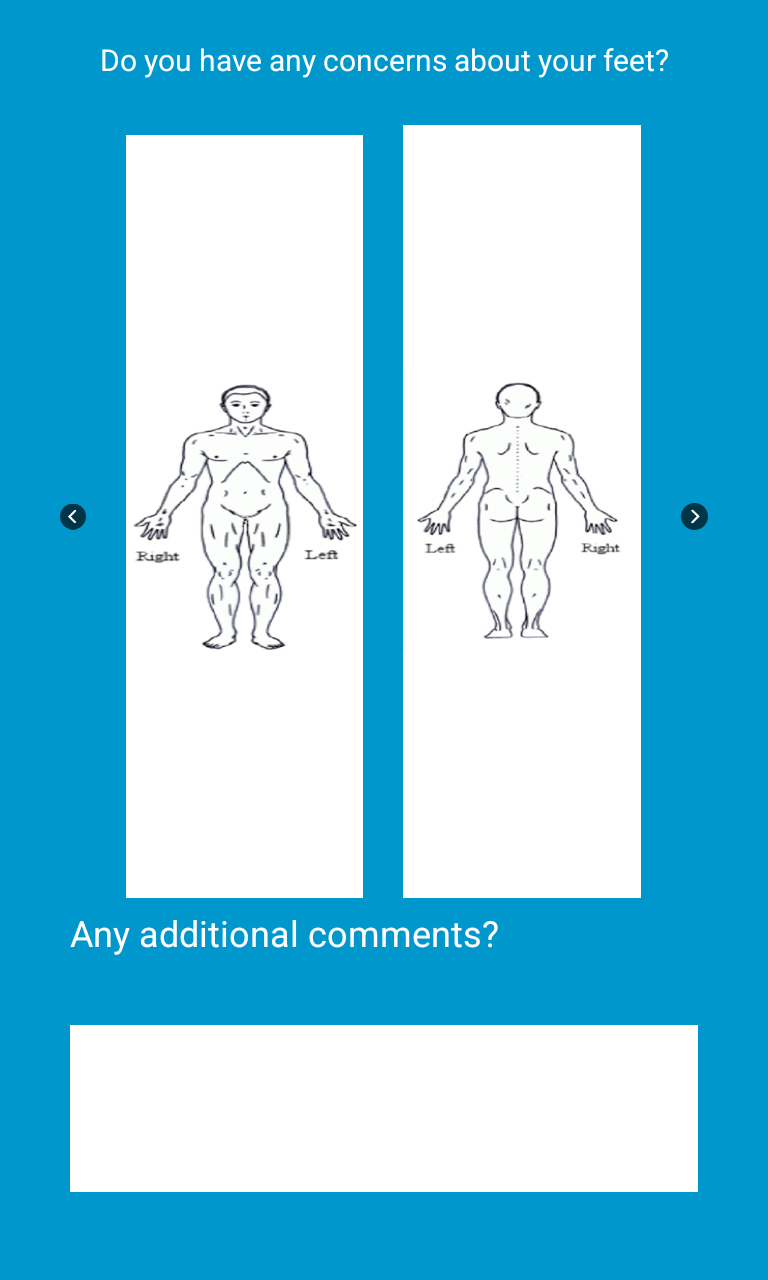
Repository: nanoweb12/GoodFeetAppNew
Layout: BodyTest/res/layout/body.xml
The author's editor kept a copy of each file at every save. The layout is drawn from the files as they stood at one save, then again after the next save.
Pictures or frames that could not be fetched are drawn as grey boxes. It is drawn on a 768 x 1280 px phone screen (xhdpi) without system bars, with theme AppTheme; the app's code is not run.

Above is the layout before, as saved 2015-02-17 09:29:22.

After the next save:
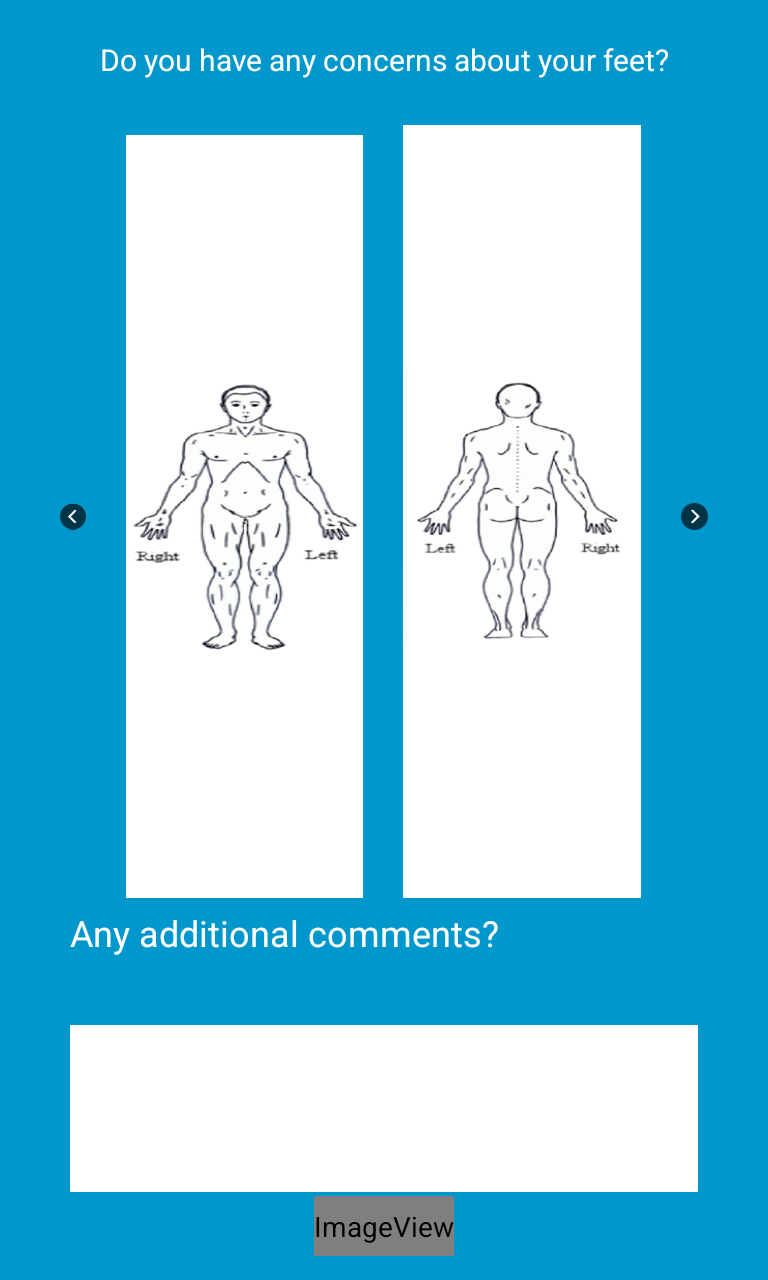
Saved 43 s later.
--- a/BodyTest/res/drawable-hdpi/ash_arrow.xml
+++ b/BodyTest/res/drawable-hdpi/ash_arrow.xml
@@ -1,10 +1,15 @@
+ <?xml version="1.0" encoding="utf-8"?>
+    <shape xmlns:android="http://schemas.android.com/apk/res/android"
+    android:shape="rectangle">
+<solid android:color="#fff"/>
 
-<stroke android:width="3dp"
+<stroke android:width="0dp"
         android:color="#ff000000"/>
 
-<padding android:left="1dp"
-         android:top="1dp"
-         android:right="1dp"
-         android:bottom="1dp"/>
+<padding android:left="2dp"
+         android:top="2dp"
+         android:right="2dp"
+         android:bottom="2dp"/>
 
 <corners android:radius="30px"/>
+   </shape>

After the save that followed:
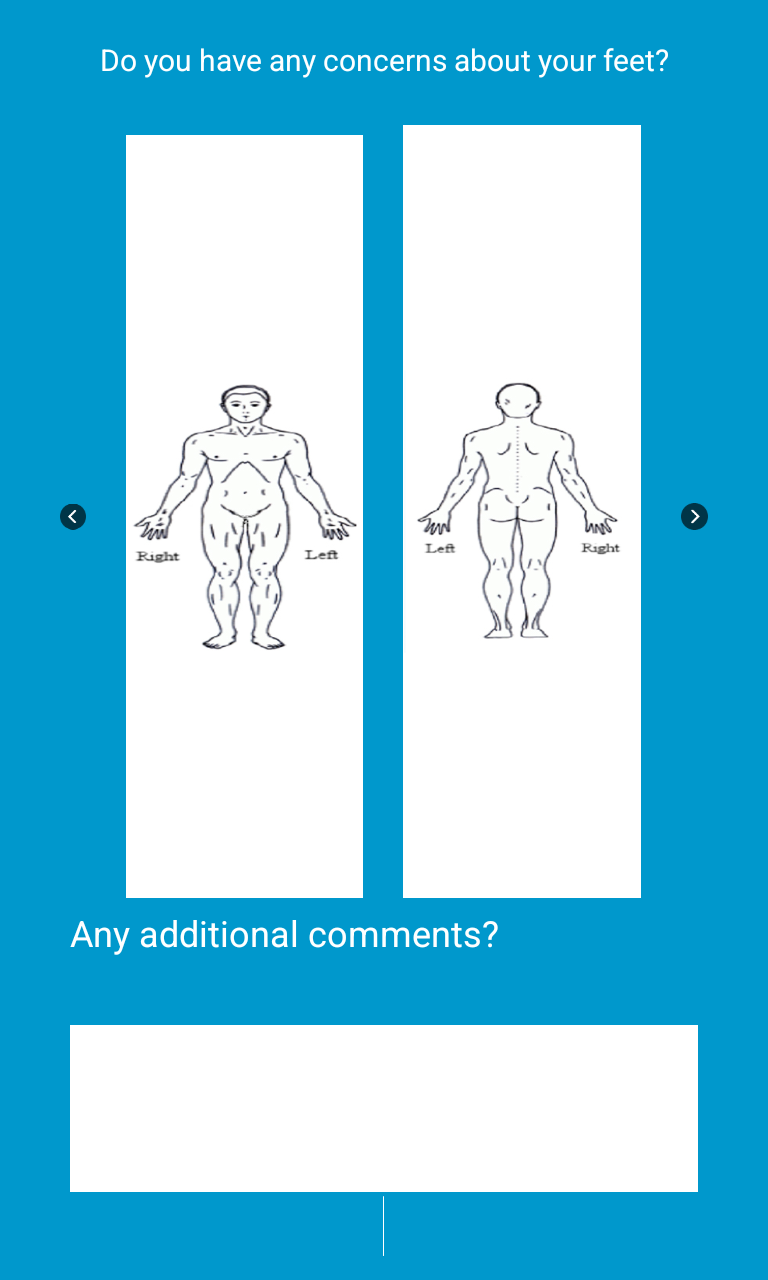
Saved 4 s later.
--- a/BodyTest/res/drawable-hdpi/ash_arrow.xml
+++ b/BodyTest/res/drawable-hdpi/ash_arrow.xml
@@ -1,4 +1,4 @@
- <?xml version="1.0" encoding="utf-8"?>
+
     <shape xmlns:android="http://schemas.android.com/apk/res/android"
     android:shape="rectangle">
 <solid android:color="#fff"/>
